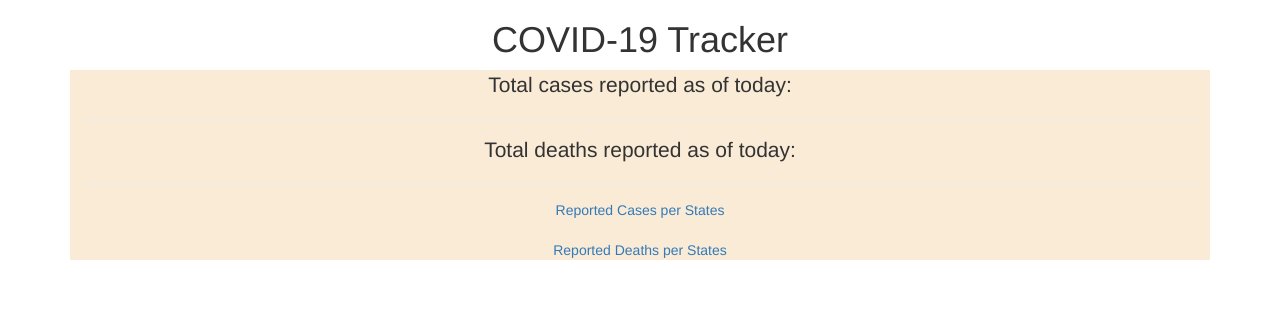
Repository: kimjuneyoung5/Bootcamp-Java
Page: http://localhost/CovidTrackingApp/WEB-INF/index.jsp
These files come from the project's save history. The page is drawn as it stood at one moment and after the next save; the edit follows.
The browser window is 1280 px wide. The pictures show the whole page.
The page is served by Tomcat 9. Nobody is signed in. The template is opened directly, without the code that normally fills it, so the values that code supplies are empty.

Above is the page before, as saved 2021-10-02 02:23:15.

After the next save:
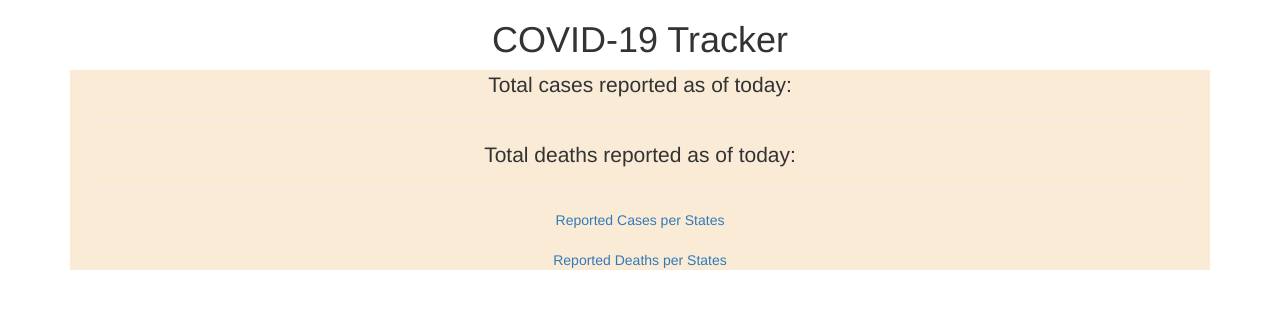
Saved 57 min 1 s later.
--- a/oop/CovidTrackingApp/src/main/webapp/WEB-INF/index.jsp
+++ b/oop/CovidTrackingApp/src/main/webapp/WEB-INF/index.jsp
@@ -22,6 +22,9 @@
     		text-align:center;
     		background-color: antiquewhite;
     	}
+    	.line{
+    		margin-top:1.5rem!important;
+    	}
     </style>
 </head>
 
@@ -32,10 +35,10 @@
 	<div class="container">
     	<p class="lead">Total cases reported as of today:</p>
     	<h1 class="display-4"><c:out value="${totalReportedCases}"/></h1>
-    	<hr class="my-4">
+    	<hr class="line">
     	<p class="lead">Total deaths reported as of today:</p>
     	<h1 class="display-4"><c:out value="${totalReportedDeaths}"/></h1>
-    	<hr class="my-4">
+    	<hr class="line">
     	<a href="/cases">Reported Cases per States</a>
     	<br></br>
     	<a href="/deaths">Reported Deaths per States</a>
